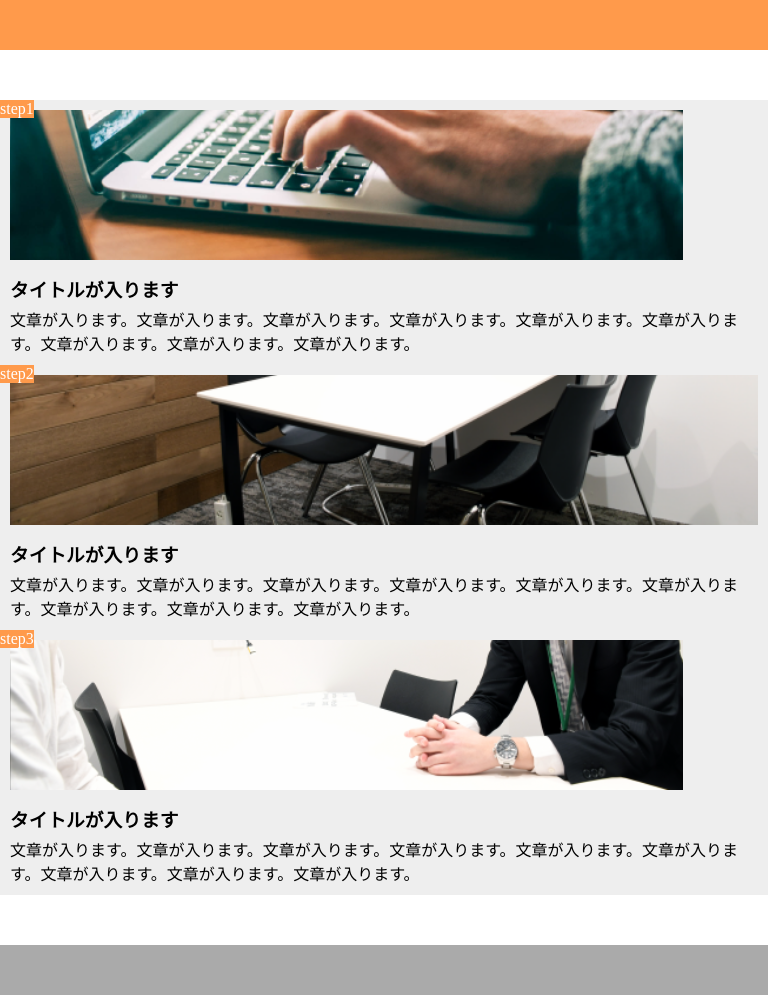
Repository: cacaobucks/git-practice
Page: answer/answer.html
The author's editor kept a record of every edit. The page is drawn from the files as they stood at one moment, then again after the next edit.
The browser window is 768 px wide. The pictures show the whole page.

Above is the page before.

After the next edit:
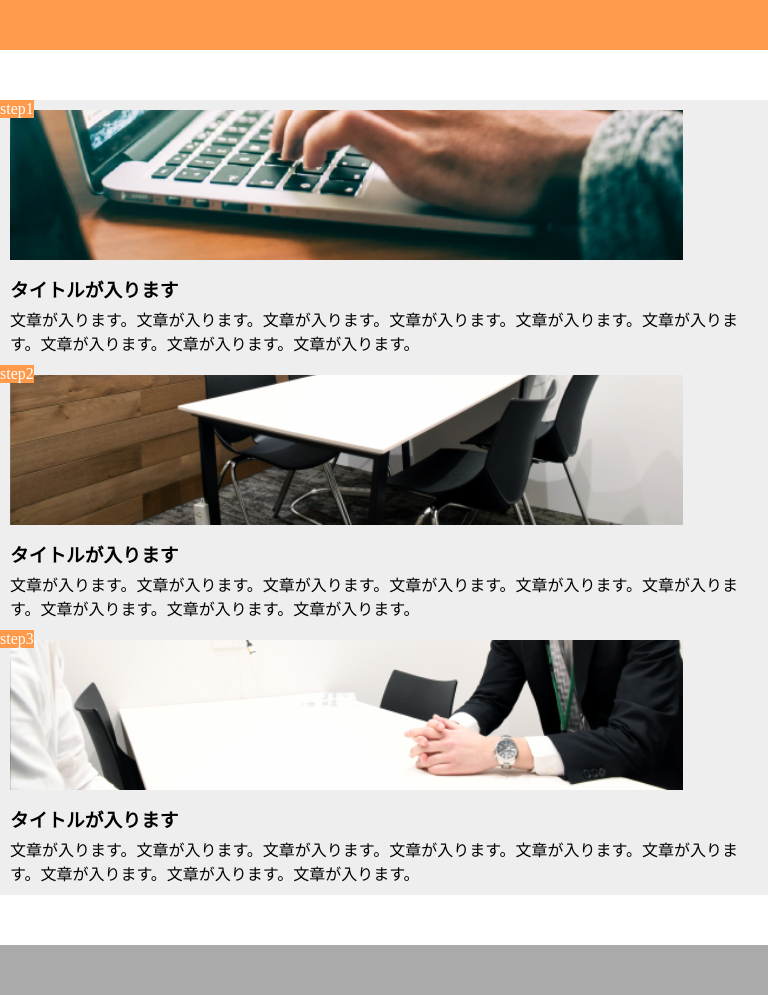
The edit:
--- a/answer/answer.css
+++ b/answer/answer.css
@@ -74,7 +74,7 @@
 
 .step-img1{width: 90%;}
 
-.step-img2{width: 100%;}
+.step-img2{width: 90%;}
 
 .step-img3{width: 90%;}
 
